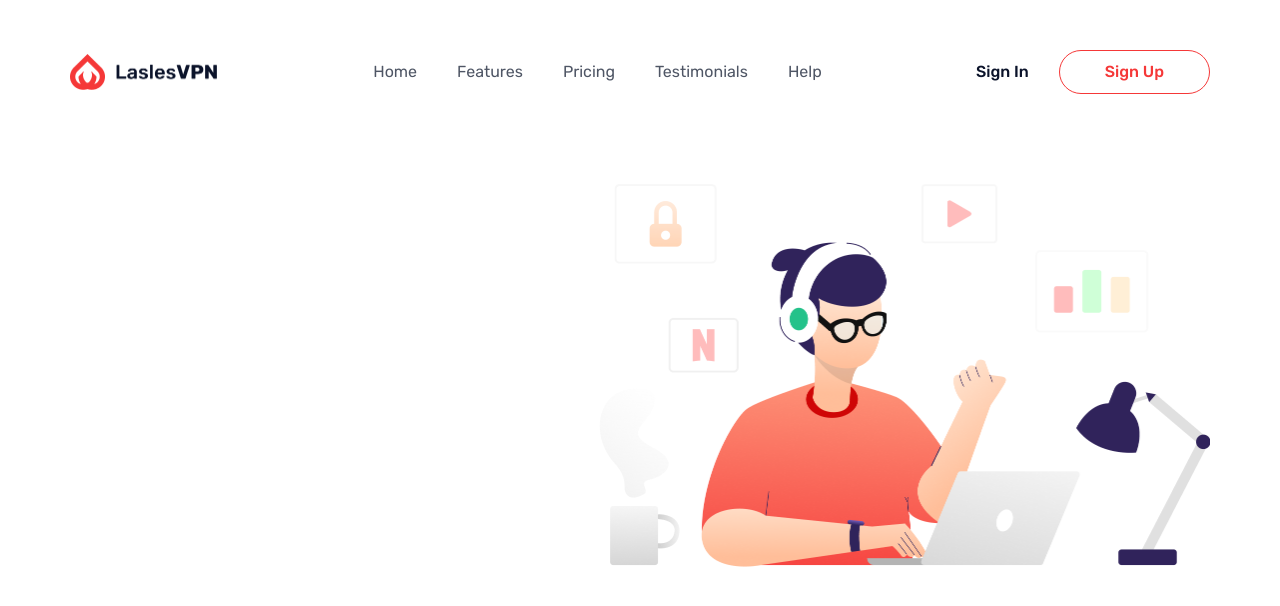
Repository: kebinh1235/lasles-demo
Page: index.html
An editor plug-in stored every save of this project. The page is shown before and after the next save, followed by the edit.
The browser window is 1280 px wide. The pictures show the whole page.
The style sheet was rebuilt from its Sass, Less or Tailwind sources for each picture, by a compiler version that may differ from the author's.

Above is the page before, as saved 2021-10-29 23:06:26.

### index.html
<!DOCTYPE html>
<html lang="en">
<head>
  <meta charset="UTF-8">
  <meta http-equiv="X-UA-Compatible" content="IE=edge">
  <meta name="viewport" content="width=device-width, initial-scale=1.0">
  <title>Lales VPN</title>
  <!-- Google Font -->
  <link rel="preconnect" href="https://fonts.googleapis.com">
  <link rel="preconnect" href="https://fonts.gstatic.com" crossorigin>
  <link href="https://fonts.googleapis.com/css2?family=Nunito:wght@300;400&family=Rubik:wght@400;500;700&display=swap" rel="stylesheet">
  <!-- CSS -->
  <link rel="stylesheet" href="./css/app.css">
</head>
<body>
  <div class="wrapper">
    <header class="header">
      <div class="container">
        <div class="header__container">
          <img class="header__logo" srcset="./images/logo.png 2x" alt="Logo">
          <ul class="menu">
            <li class="menu-item">
              <a href="#" class="menu-link">Home</a>
            </li>
            <li class="menu-item">
              <a href="#" class="menu-link">Features</a>
            </li>
            <li class="menu-item">
              <a href="#" class="menu-link">Pricing</a>
            </li>
            <li class="menu-item">
              <a href="#" class="menu-link">Testimonials</a>
            </li>
            <li class="menu-item">
              <a href="#" class="menu-link">Help</a>
            </li>
          </ul>
          <div class="header__auth">
            <a href="#" class="header__auth-signin">Sign In</a>
            <a href="#" class="header__auth-signup">Sign Up</a>
          </div>
        </div>
      </div>
    </header>
    <main>
      <section class="hero">
        <div class="container">
          <div class="hero__container">
            <div class="hero__content"></div>
            <div class="hero__img">
              <img srcset="./images/hero.png 2x" alt="">
            </div>
          </div>
        </div>
      </section>
    </main>
  </div>
</body>
</html>

### sass/app.scss
@import "variables";
@import "global";
@import "reset";
@import "header";
@import "hero";

### sass/_variables.scss
$font: "Rubik", sans-serif;
$text-color: #4f5665;
$heading-color: #0b132a;
$primary-color: #f53838;
$gray-color: #DDE0E4;

### sass/_global.scss
.wrapper {
  max-width: 1440px;
  margin: 0 auto;
}
.container {
  max-width: 1170px;
  padding: 0 15px;
  margin: 0 auto;
}
body {
  font-family: $font;
  color: $text-color;
  line-height: 1;
  font-weight: 400;
}

### sass/_reset.scss
html {
box-sizing: border-box;
}
* {
  margin: 0;
  padding: 0;
  text-decoration: none;
  list-style: none;
}
*,*:before,*:after {
box-sizing: border-box;
}
input,
textarea,
select,
button{
outline: none;
}
input{
line-height: normal;
}
label,
button{
cursor: pointer;
}
a {
text-decoration: none;
}
img {
display: block;
max-width: 100%;
}

### sass/_header.scss
.header {
  padding-top: 50px;
  padding-bottom: 90px;
  &__container {
    display:flex;
    justify-content: space-between;
    align-items: center;
  }
  &__auth {
    display:flex;
    align-items: center;
    gap: 0 30px;
    text-transform: capitalize;
    font-weight: 500;
    &-signin {
      color: $heading-color;
    }
    &-signup {
      color: $primary-color;
      border: 1px solid $primary-color;
      padding: 13px 45px;
      border-radius: 100rem;
    }

  }
}
.menu {
  display: flex;
  align-self: center;
  gap: 0 40px;
  &-link {
    color: inherit;
  }
}

### sass/_hero.scss
.hero {
  &__container {
    display:flex;
    justify-content: space-between;
    align-items: center;
  }
  &__content {

  }
  &__img {

  }
}

After the next save:
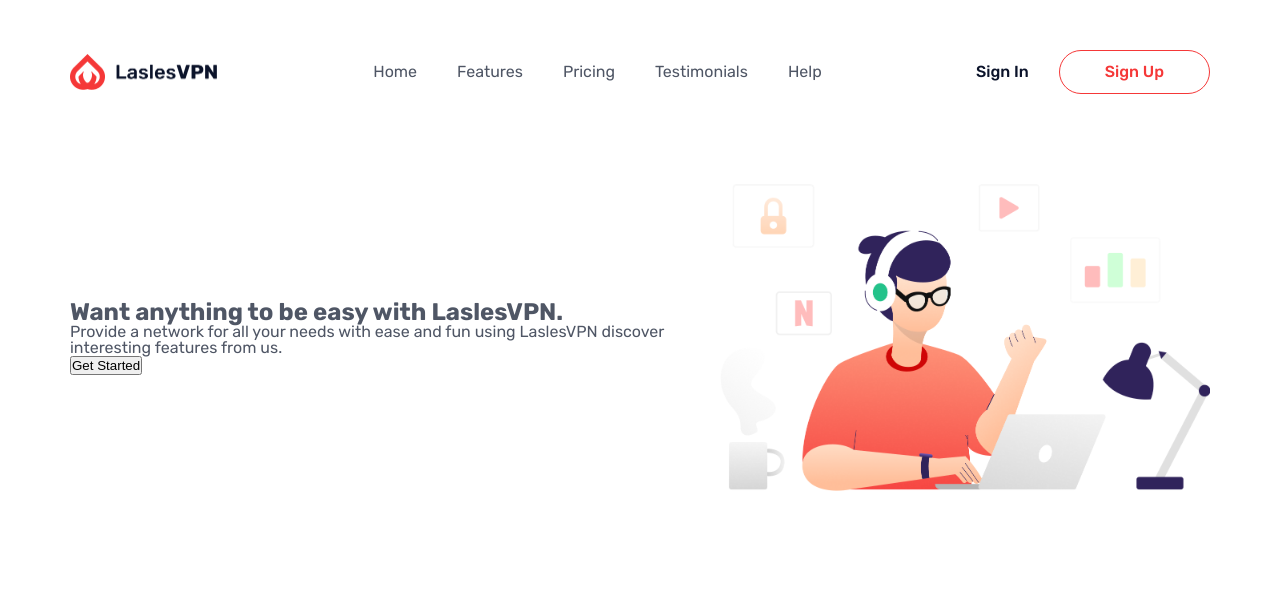
Saved 103 s later.
--- a/index.html
+++ b/index.html
@@ -46,7 +46,13 @@
       <section class="hero">
         <div class="container">
           <div class="hero__container">
-            <div class="hero__content"></div>
+            <div class="hero__content">
+              <h1 class="hero__title">
+                Want anything to be easy with LaslesVPN.
+              </h1>
+              <p class="hero__desc">Provide a network for all your needs with ease and fun using LaslesVPN discover interesting features from us.</p>
+              <button class="hero__btn">Get Started</button>
+            </div>
             <div class="hero__img">
               <img srcset="./images/hero.png 2x" alt="">
             </div>
